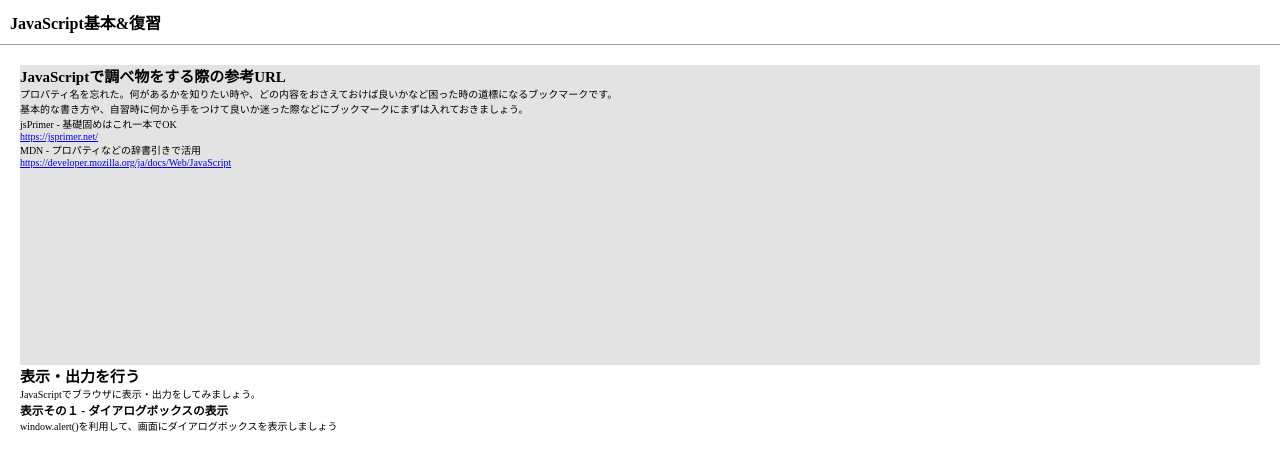
Repository: Yuto-Arakawa/study_js
Page: 01_basic/荒川/ara_basic01.html
An editor plug-in stored every save of this project. The page is shown before and after the next save, followed by the edit.
The browser window is 1280 px wide. The pictures show the whole page.

Above is the page before, as saved 2026-11-06 14:51:54.

### 01_basic/荒川/ara_basic01.html
<!DOCTYPE html>
<html lang="ja">
<head>
  <meta charset="utf-8">
  <meta name="viewport" content="width=device-width, initial-scale=1">
  <meta name="color-scheme" content="light">
  <meta name="format-detection" content="telephone=no">
  <meta name="description" content="ここに説明文を設定">
  <title>ara_basic01</title>

  <!-- 共有用 OGP / X(Twitter) -->
  <meta property="og:site_name" content="サイト名">
  <meta property="og:title" content="サイトタイトル">
  <meta property="og:description" content="サイト説明文">
  <meta property="og:type" content="website">
  <meta property="og:url" content="https://hoge.ecc.com/">
  <meta property="og:image" content="https://hoge.ecc.com/ogp.png">
  <meta name="twitter:card" content="summary_large_image">
  <meta name="twitter:site" content="@twitteraccount">

  <!-- 正規URL -->
  <link rel="canonical" href="URL">
	<!-- 多言語サイト用 -->
	<!-- <link rel="alternate" hreflang="ja" href="URL"> -->

  <!-- アイコン（SVG優先、ICOフォールバック、Apple Touch） -->
  <link rel="icon" type="image/svg+xml" href="favicon.svg">
  <link rel="alternate icon" href="favicon.ico">
  <link rel="apple-touch-icon" href="apple-touch-icon.png" sizes="180x180">

  <!-- テーマカラー（PWAでなくてもアドレスバー色に反映） -->
  <meta name="theme-color" content="#FFFFFF">

	<!-- スタイルの読み込み -->
    <link rel="stylesheet" href="css/ress.css">
    <link rel="stylesheet" href="css/basic01.css">

</head>
<body>
    <header>
        <h1>JavaScript基本&復習</h1>
    </header>
    <main>
        <div class="reference">
            <h2>JavaScriptで調べ物をする際の参考URL</h2>
                <p>
                    プロパティ名を忘れた。何があるかを知りたい時や、どの内容をおさえておけば良いかなど困った時の道標になるブックマークです。<br>
                    基本的な書き方や、自習時に何から手をつけて良いか迷った際などにブックマークにまずは入れておきましょう。
                </p>

                <p>
                    jsPrimer - 基礎固めはこれ一本でOK<br>
                    <a href="https://jsprimer.net/" target="_blank">https://jsprimer.net/</a>
                </p>
                <p>
                    MDN - プロパティなどの辞書引きで活用<br>
                    <a href="https://developer.mozilla.org/ja/docs/Web/JavaScript" target="_blank">https://developer.mozilla.org/ja/docs/Web/JavaScript</a>
                </p>
        </div>
            <h2>表示・出力を行う</h2>
                <p>JavaScriptでブラウザに表示・出力をしてみましょう。</p>
            <h3>表示その１ - ダイアログボックスの表示</h3>
                <p>window.alert()を利用して、画面にダイアログボックスを表示しましょう</p>
    </main>
</body>
</html>

### 01_basic/荒川/css/ress.css
/* resset.dev • v6.0.0 */

/* # =================================================================
   # Global selectors
   # ================================================================= */

html {
  box-sizing: border-box;
  -webkit-text-size-adjust: 100%; /* Prevent adjustments of font size after orientation changes in iOS */
  word-break: normal;
  -moz-tab-size: 4;
  tab-size: 4;
}

*,
::before,
::after {
  background-repeat: no-repeat; /* Set `background-repeat: no-repeat` to all elements and pseudo elements */
  box-sizing: inherit;
}

::before,
::after {
  text-decoration: inherit; /* Inherit text-decoration and vertical align to ::before and ::after pseudo elements */
  vertical-align: inherit;
}

* {
  padding: 0; /* Reset `padding` and `margin` of all elements */
  margin: 0;
}

/* # =================================================================
   # General elements
   # ================================================================= */

hr {
  overflow: visible; /* Show the overflow in Edge and IE */
  height: 0; /* Add the correct box sizing in Firefox */
  color: inherit; /* Correct border color in Firefox. */
}

details,
main {
  display: block; /* Render the `main` element consistently in IE. */
}

summary {
  display: list-item; /* Add the correct display in all browsers */
}

small {
  font-size: 80%; /* Set font-size to 80% in `small` elements */
}

[hidden] {
  display: none; /* Add the correct display in IE */
}

abbr[title] {
  border-bottom: none; /* Remove the bottom border in Chrome 57 */
  /* Add the correct text decoration in Chrome, Edge, IE, Opera, and Safari */
  text-decoration: underline;
  text-decoration: underline dotted;
}

a {
  background-color: transparent; /* Remove the gray background on active links in IE 10 */
}

a:active,
a:hover {
  outline-width: 0; /* Remove the outline when hovering in all browsers */
}

code,
kbd,
pre,
samp {
  font-family: monospace, monospace; /* Specify the font family of code elements */
}

pre {
  font-size: 1em; /* Correct the odd `em` font sizing in all browsers */
}

b,
strong {
  font-weight: bolder; /* Add the correct font weight in Chrome, Edge, and Safari */
}

/* https://gist.github.com/unruthless/413930 */
sub,
sup {
  font-size: 75%;
  line-height: 0;
  position: relative;
  vertical-align: baseline;
}

sub {
  bottom: -0.25em;
}

sup {
  top: -0.5em;
}

table {
  border-color: inherit; /* Correct border color in all Chrome, Edge, and Safari. */
  text-indent: 0; /* Remove text indentation in Chrome, Edge, and Safari */
}

iframe {
  border-style: none;
}

/* # =================================================================
   # Accessibility
   # ================================================================= */

/* Specify the progress cursor of updating elements */
[aria-busy='true'] {
  cursor: progress;
}

/* Specify the pointer cursor of trigger elements */
[aria-controls] {
  cursor: pointer;
}

/* # =================================================================
   # Forms
   # ================================================================= */

input {
  border-radius: 0;
}

[type='number']::-webkit-inner-spin-button,
[type='number']::-webkit-outer-spin-button {
  height: auto; /* Correct the cursor style of increment and decrement buttons in Chrome */
}

[type='search'] {
  -webkit-appearance: textfield; /* Correct the odd appearance in Chrome and Safari */
  outline-offset: -2px; /* Correct the outline style in Safari */
}

[type='search']::-webkit-search-decoration {
  -webkit-appearance: none; /* Remove the inner padding in Chrome and Safari on macOS */
}

textarea {
  overflow: auto; /* Internet Explorer 11+ */
  resize: vertical; /* Specify textarea resizability */
}

button,
input,
optgroup,
select,
textarea {
  font: inherit; /* Specify font inheritance of form elements */
}

optgroup {
  font-weight: bold; /* Restore the font weight unset by the previous rule */
}

button {
  overflow: visible; /* Address `overflow` set to `hidden` in IE 8/9/10/11 */
}

button,
select {
  text-transform: none; /* Firefox 40+, Internet Explorer 11- */
}

/* Apply cursor pointer to button elements */
button,
[type='button'],
[type='reset'],
[type='submit'],
[role='button'] {
  cursor: pointer;
}

/* Remove inner padding and border in Firefox 4+ */
button::-moz-focus-inner,
[type='button']::-moz-focus-inner,
[type='reset']::-moz-focus-inner,
[type='submit']::-moz-focus-inner {
  border-style: none;
  padding: 0;
}

/* Replace focus style removed in the border reset above */
button:-moz-focusring,
[type='button']::-moz-focus-inner,
[type='reset']::-moz-focus-inner,
[type='submit']::-moz-focus-inner {
  outline: 1px dotted ButtonText;
}

button,
html [type='button'], /* Prevent a WebKit bug where (2) destroys native `audio` and `video`controls in Android 4 */
[type='reset'],
[type='submit'] {
  -webkit-appearance: button; /* Correct the inability to style clickable types in iOS */
}

/* Remove the default button styling in all browsers */
button,
input,
select,
textarea {
  background-color: transparent;
  border-style: none;
}

a:focus,
button:focus,
input:focus,
select:focus,
textarea:focus {
  outline-width: 0;
}

/* Style select like a standard input */
select {
  -moz-appearance: none; /* Firefox 36+ */
  -webkit-appearance: none; /* Chrome 41+ */
}

select::-ms-expand {
  display: none; /* Internet Explorer 11+ */
}

select::-ms-value {
  color: currentColor; /* Internet Explorer 11+ */
}

legend {
  border: 0; /* Correct `color` not being inherited in IE 8/9/10/11 */
  color: inherit; /* Correct the color inheritance from `fieldset` elements in IE */
  display: table; /* Correct the text wrapping in Edge and IE */
  max-width: 100%; /* Correct the text wrapping in Edge and IE */
  white-space: normal; /* Correct the text wrapping in Edge and IE */
  max-width: 100%; /* Correct the text wrapping in Edge 18- and IE */
}

::-webkit-file-upload-button {
  /* Correct the inability to style clickable types in iOS and Safari */
  -webkit-appearance: button;
  color: inherit;
  font: inherit; /* Change font properties to `inherit` in Chrome and Safari */
}

/* Replace pointer cursor in disabled, not-editable, or otherwise inoperable elements */
[disabled],
[aria-disabled='true'] {
  cursor: default;
}

/* # =================================================================
   # Specify media element style
   # ================================================================= */

img {
  border-style: none; /* Remove border when inside `a` element in IE 8/9/10 */
}

/* Add the correct vertical alignment in Chrome, Firefox, and Opera */
progress {
  vertical-align: baseline;
}

### 01_basic/荒川/css/basic01.css
html{
    font-size: 62.5%;
}

header{
    padding: 1rem;
    border-bottom: solid 1px #999;
    font-size: 8px;
}

main{
    margin: 20px;
}

.reference{
    height: 300px;
    background-color: #e3e3e3;
}

After the next save:
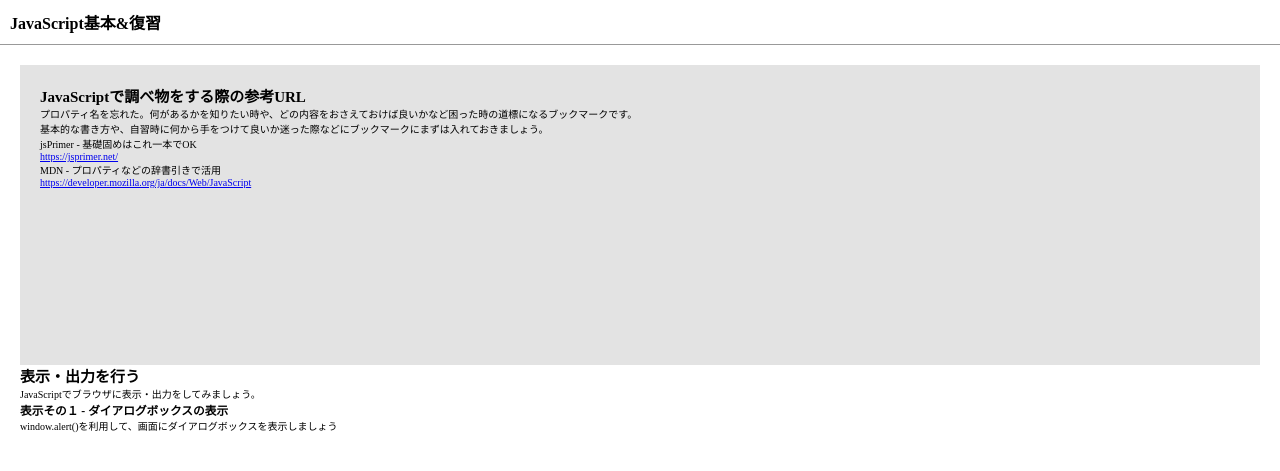
Saved 33 s later.
--- a/01_basic/荒川/css/basic01.css
+++ b/01_basic/荒川/css/basic01.css
@@ -9,10 +9,11 @@ header{
 }
 
 main{
-    margin: 20px;
+    padding: 20px;
 }
 
 .reference{
+    padding: 20px;
     height: 300px;
     background-color: #e3e3e3;
 }
